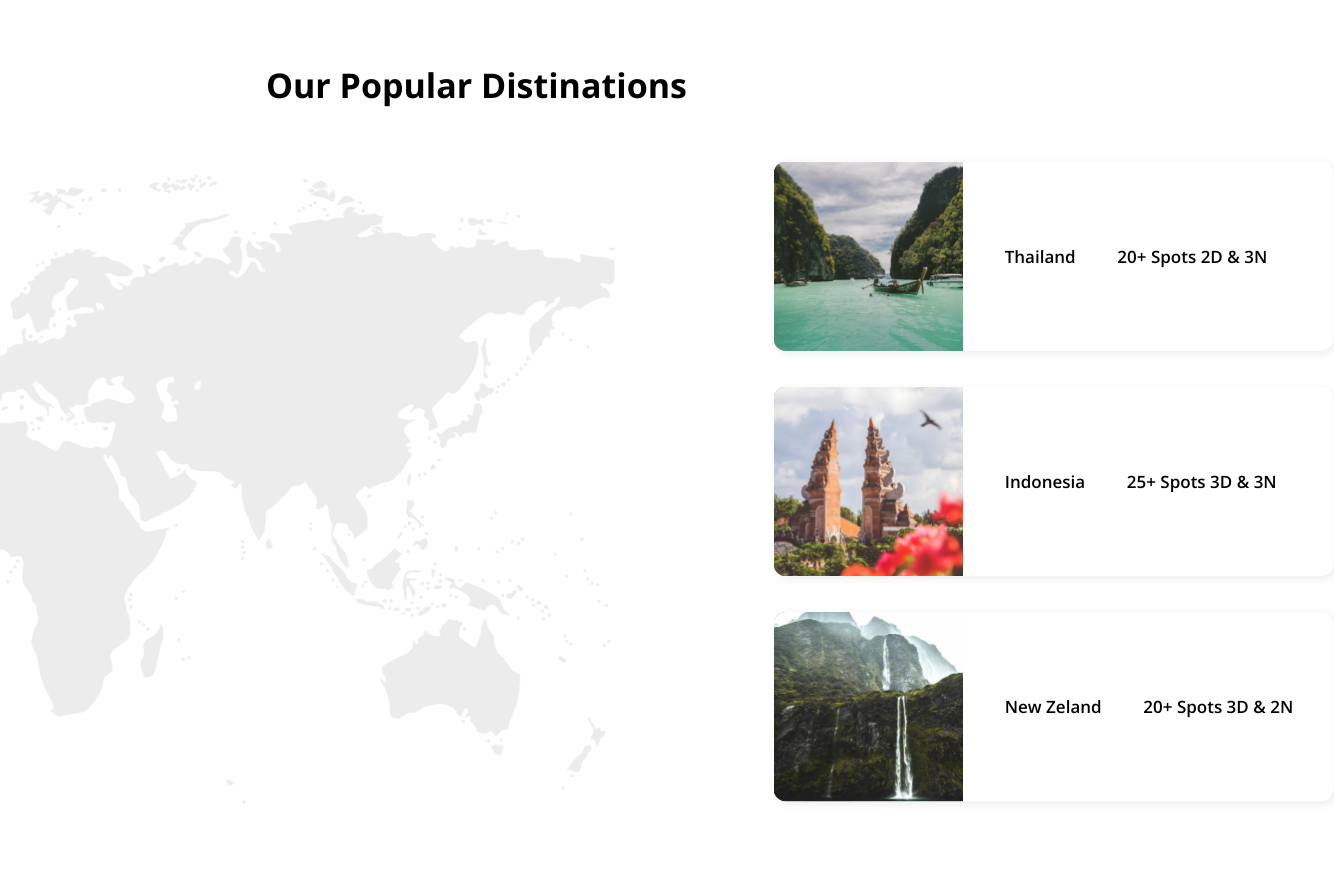
Repository: MehdiKerimov/Figma-Task-16
Page: index.html
These files come from the project's save history. The page is drawn as it stood at one moment and after the next save; the edit follows.
The browser window is 1280 px wide. The page is 1569 px wide, then 1379 px, so the pictures cover 1569 px, including what lies to the right of the window. The pictures show the whole page, at 85% of full size.

Above is the page before, as saved 2023-10-10 11:06:08.

After the next save:
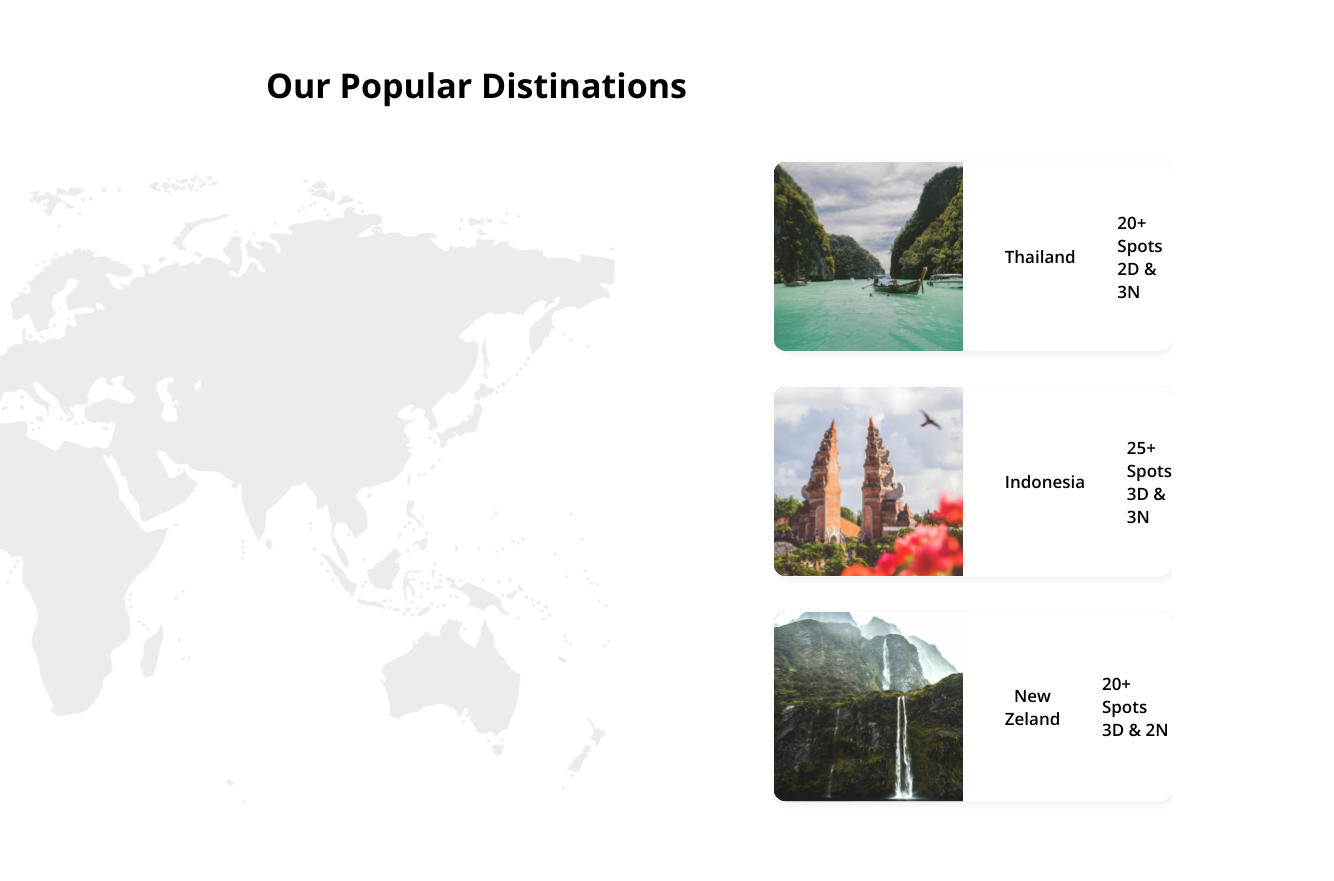
Saved 19 s later.
--- a/index.css
+++ b/index.css
@@ -27,7 +27,7 @@
 .container .box ul li {
   margin-bottom: 42px;
   margin-left: 187px;
-  width: 659px;
+  /* width: 659px; */
   height: 223px;
   list-style-type: none;
   border-radius: 15px;
